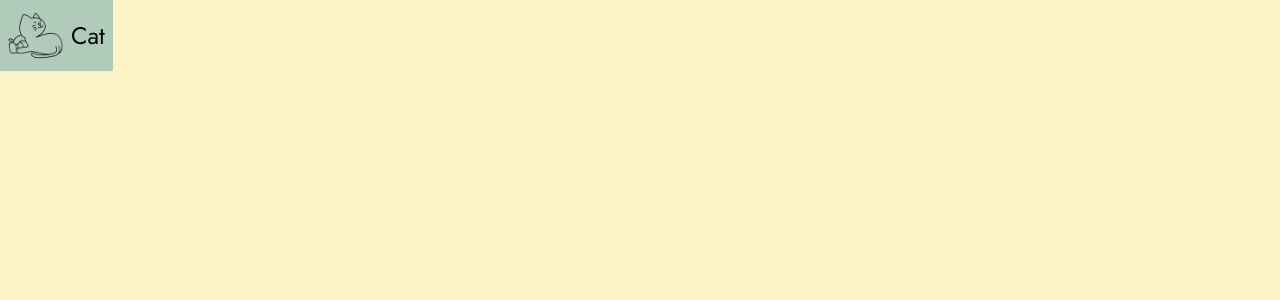
Repository: batu-call/batu-petshop
Page: /main (app in petshopp-appAdmin/admin/)
An editor plug-in stored every save of this project. The page is shown before and after the next save, followed by the edit.
The browser window is 1280 px wide. The pictures show the whole page.
The project was rebuilt for these pictures with package versions that can differ from the ones it lists, and the page was loaded fresh each time. The framework's server and built-in components were replaced by stand-ins that run in the browser. Also part of the build but not shown: petshopp-appAdmin/admin/next.config.ts.

Above is the page before, as saved 2025-09-19 02:04:41.

### petshopp-appAdmin/admin/src/app/layout.tsx
import type { Metadata } from "next";
import { Jost } from 'next/font/google';
import "./globals.css";

const jost = Jost({
  subsets: ['latin'],
  weight: ['400', '500', '700'],
});


export const metadata: Metadata = {
  title: "Batu Petshop AdminPanel",
  description: "Generated by create next app",
   icons: {
    icon: '/favicon.ico',
  },
};

export default function RootLayout({
  children,
}: Readonly<{
  children: React.ReactNode;
}>) {
  return (
    <html lang="en">
      <body
        className={`antialiased ${jost.className}`}
      >
        {children}
      </body>
    </html>
  );
}

### petshopp-appAdmin/admin/src/app/main/page.tsx
import React from 'react'
import Main from './controller/Main'


const page = () => {
  return (
    <div>
        <Main />
    </div>
  )
}

export default page

### petshopp-appAdmin/admin/src/app/globals.css
@import "tailwindcss";
@import "tw-animate-css";

@custom-variant dark (&:is(.dark *));

@layer utilities {
  .bg-primary {
    background-color: #B1CBBB;
  }
  .bg-secondary {
    background-color: #DDEEDD;
  }
  .bg-secondary_20 {
    background-color: rgba(221, 238, 221, 0.2);
  }
  .text-jost {
    font-family: 'Jost',sans-serif;
  }
  .text-color {
    color: #393E46;
  }
  .text-color2 {
    color: #B1CBBB;
  }
}

body {
  font-family: 'Jost', Arial, Helvetica, sans-serif
}

@theme inline {
  --radius-sm: calc(var(--radius) - 4px);
  --radius-md: calc(var(--radius) - 2px);
  --radius-lg: var(--radius);
  --radius-xl: calc(var(--radius) + 4px);
  --color-background: var(--background);
  --color-foreground: var(--foreground);
  --color-card: var(--card);
  --color-card-foreground: var(--card-foreground);
  --color-popover: var(--popover);
  --color-popover-foreground: var(--popover-foreground);
  --color-primary: var(--primary);
  --color-primary-foreground: var(--primary-foreground);
  --color-secondary: var(--secondary);
  --color-secondary-foreground: var(--secondary-foreground);
  --color-muted: var(--muted);
  --color-muted-foreground: var(--muted-foreground);
  --color-accent: var(--accent);
  --color-accent-foreground: var(--accent-foreground);
  --color-destructive: var(--destructive);
  --color-border: var(--border);
  --color-input: var(--input);
  --color-ring: var(--ring);
  --color-chart-1: var(--chart-1);
  --color-chart-2: var(--chart-2);
  --color-chart-3: var(--chart-3);
  --color-chart-4: var(--chart-4);
  --color-chart-5: var(--chart-5);
  --color-sidebar: var(--sidebar);
  --color-sidebar-foreground: var(--sidebar-foreground);
  --color-sidebar-primary: var(--sidebar-primary);
  --color-sidebar-primary-foreground: var(--sidebar-primary-foreground);
  --color-sidebar-accent: var(--sidebar-accent);
  --color-sidebar-accent-foreground: var(--sidebar-accent-foreground);
  --color-sidebar-border: var(--sidebar-border);
  --color-sidebar-ring: var(--sidebar-ring);
}

:root {
  --radius: 0.625rem;
  --background: oklch(1 0 0);
  --foreground: oklch(0.145 0 0);
  --card: oklch(1 0 0);
  --card-foreground: oklch(0.145 0 0);
  --popover: oklch(1 0 0);
  --popover-foreground: oklch(0.145 0 0);
  --primary: oklch(0.205 0 0);
  --primary-foreground: oklch(0.985 0 0);
  --secondary: oklch(0.97 0 0);
  --secondary-foreground: oklch(0.205 0 0);
  --muted: oklch(0.97 0 0);
  --muted-foreground: oklch(0.556 0 0);
  --accent: oklch(0.97 0 0);
  --accent-foreground: oklch(0.205 0 0);
  --destructive: oklch(0.577 0.245 27.325);
  --border: oklch(0.922 0 0);
  --input: oklch(0.922 0 0);
  --ring: oklch(0.708 0 0);
  --chart-1: oklch(0.646 0.222 41.116);
  --chart-2: oklch(0.6 0.118 184.704);
  --chart-3: oklch(0.398 0.07 227.392);
  --chart-4: oklch(0.828 0.189 84.429);
  --chart-5: oklch(0.769 0.188 70.08);
  --sidebar: oklch(0.985 0 0);
  --sidebar-foreground: oklch(0.145 0 0);
  --sidebar-primary: oklch(0.205 0 0);
  --sidebar-primary-foreground: oklch(0.985 0 0);
  --sidebar-accent: oklch(0.97 0 0);
  --sidebar-accent-foreground: oklch(0.205 0 0);
  --sidebar-border: oklch(0.922 0 0);
  --sidebar-ring: oklch(0.708 0 0);
}

.dark {
  --background: oklch(0.145 0 0);
  --foreground: oklch(0.985 0 0);
  --card: oklch(0.205 0 0);
  --card-foreground: oklch(0.985 0 0);
  --popover: oklch(0.205 0 0);
  --popover-foreground: oklch(0.985 0 0);
  --primary: oklch(0.922 0 0);
  --primary-foreground: oklch(0.205 0 0);
  --secondary: oklch(0.269 0 0);
  --secondary-foreground: oklch(0.985 0 0);
  --muted: oklch(0.269 0 0);
  --muted-foreground: oklch(0.708 0 0);
  --accent: oklch(0.269 0 0);
  --accent-foreground: oklch(0.985 0 0);
  --destructive: oklch(0.704 0.191 22.216);
  --border: oklch(1 0 0 / 10%);
  --input: oklch(1 0 0 / 15%);
  --ring: oklch(0.556 0 0);
  --chart-1: oklch(0.488 0.243 264.376);
  --chart-2: oklch(0.696 0.17 162.48);
  --chart-3: oklch(0.769 0.188 70.08);
  --chart-4: oklch(0.627 0.265 303.9);
  --chart-5: oklch(0.645 0.246 16.439);
  --sidebar: oklch(0.205 0 0);
  --sidebar-foreground: oklch(0.985 0 0);
  --sidebar-primary: oklch(0.488 0.243 264.376);
  --sidebar-primary-foreground: oklch(0.985 0 0);
  --sidebar-accent: oklch(0.269 0 0);
  --sidebar-accent-foreground: oklch(0.985 0 0);
  --sidebar-border: oklch(1 0 0 / 10%);
  --sidebar-ring: oklch(0.556 0 0);
}

@layer base {
  * {
    @apply border-border outline-ring/50;
  }
  body {
    @apply bg-background text-foreground;
  }
}

### petshopp-appAdmin/admin/src/app/main/controller/Main.tsx
import React from 'react'
import Image from 'next/image'

const Main = () => {
  return (
    <div className='w-full h-screen bg-amber-100' >
      <div className='bg-primary inline-block p-2'>
        <div className='flex gap-2'>
       <Image src="/cat_7721779.png" alt='cat-image'
       height={55}
       width={55}
       />
       <h2 className='text-2xl mt-3'>Cat</h2>
      </div>
      </div>
    </div>
  )
}

export default Main

After the next save:
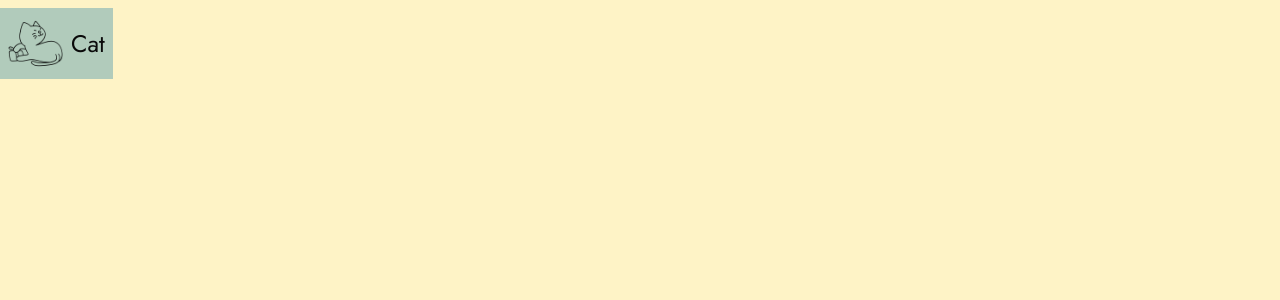
Saved 17 s later.
--- a/petshopp-appAdmin/admin/src/app/main/controller/Main.tsx
+++ b/petshopp-appAdmin/admin/src/app/main/controller/Main.tsx
@@ -4,7 +4,7 @@ import Image from 'next/image'
 const Main = () => {
   return (
     <div className='w-full h-screen bg-amber-100' >
-      <div className='bg-primary inline-block p-2'>
+      <div className='bg-primary inline-block p-2 mt-2'>
         <div className='flex gap-2'>
        <Image src="/cat_7721779.png" alt='cat-image'
        height={55}
